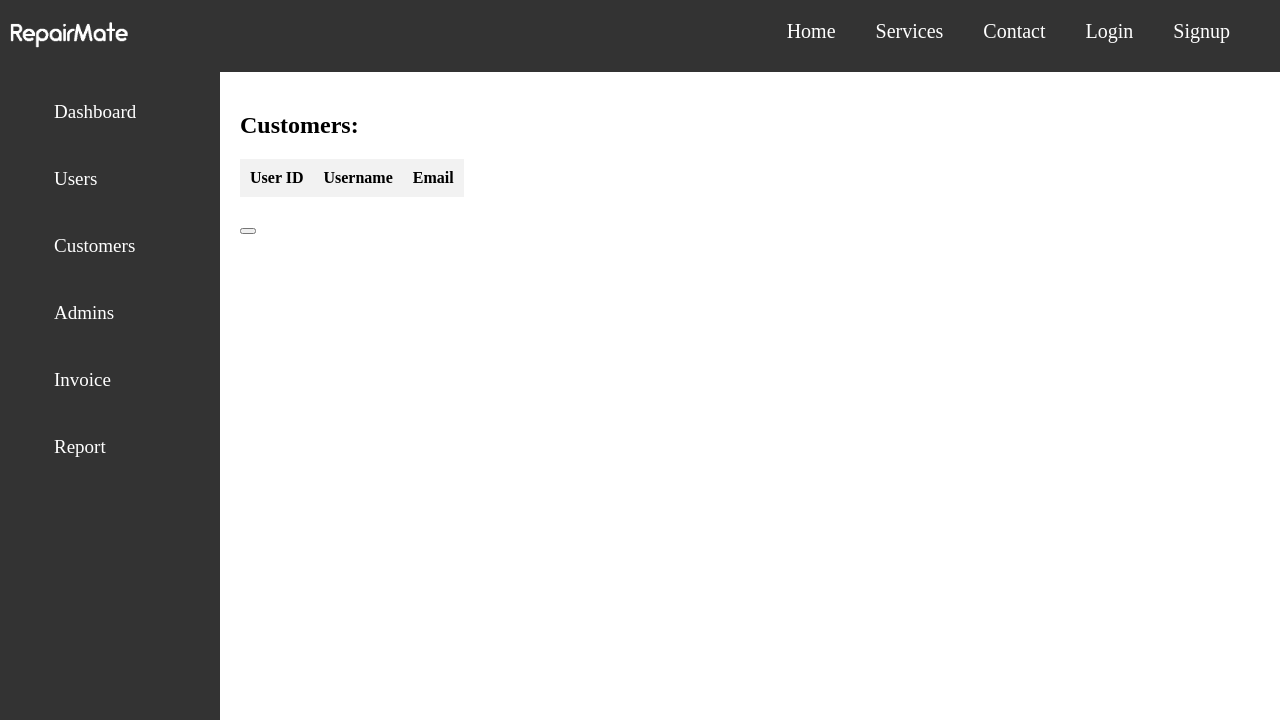
Repository: rohann12/RepairMate
Page: http://localhost/Garage/JSP/customers.jsp
The author's editor kept a copy of each file at every save. The page is drawn from the files as they stood at one save, then again after the next save.
The browser window is 1280 px wide. The pictures show the whole page.
The page is served by Tomcat 9. Queries for data that is not in the repository find no rows.

Above is the page before, as saved 2023-06-19 23:41:32.

After the next save:
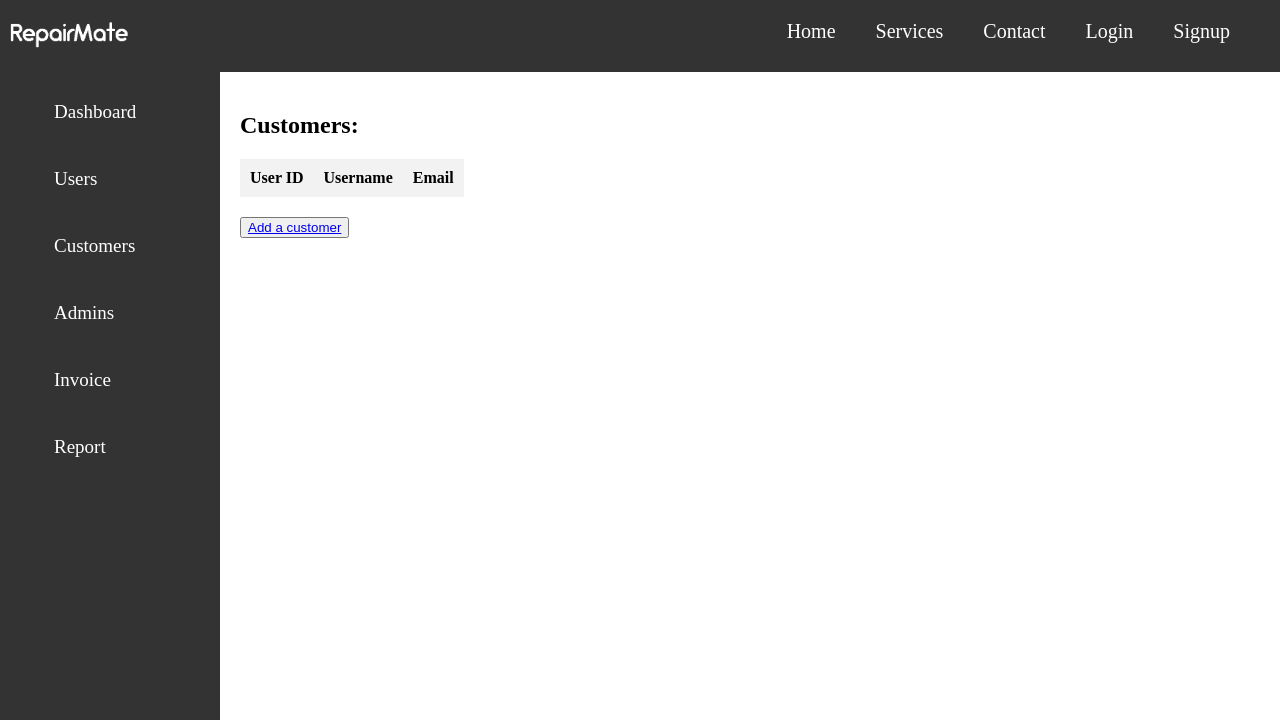
Saved 26 s later.
--- a/Garage/src/main/webapp/JSP/customers.jsp
+++ b/Garage/src/main/webapp/JSP/customers.jsp
@@ -50,7 +50,7 @@
             </tr>
         <% } %>
     </table>
-    <button><a href="addCustomer"></a></button>
+    <button><a href="addCustomer">Add a customer</a></button>
 </div>
     <%-- Close the database connection and result set --%>
     <%-- <% rs.close(); %>
